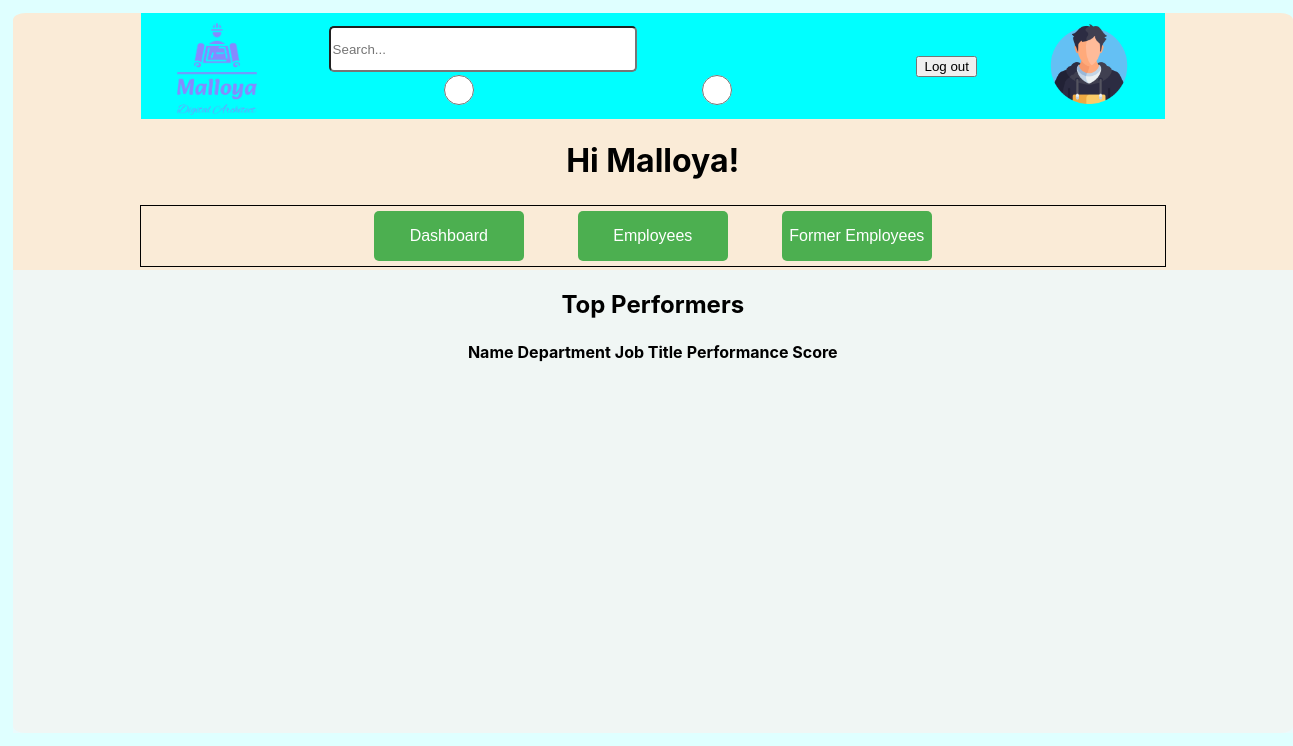
Repository: SbuKhoza/register
Page: /
The author's editor kept a copy of each file at every save. The page is drawn from the files as they stood at one save, then again after a run of saves.
The browser window is 1280 px wide. The page is 1293 px wide, so the pictures cover 1293 px, including what lies to the right of the window. The pictures show the whole page.
The project was rebuilt for these pictures with package versions that can differ from the ones it lists, and the page was loaded fresh each time.

Above is the page before, as saved 2024-07-18 12:24:13.

After the next 2 saves:
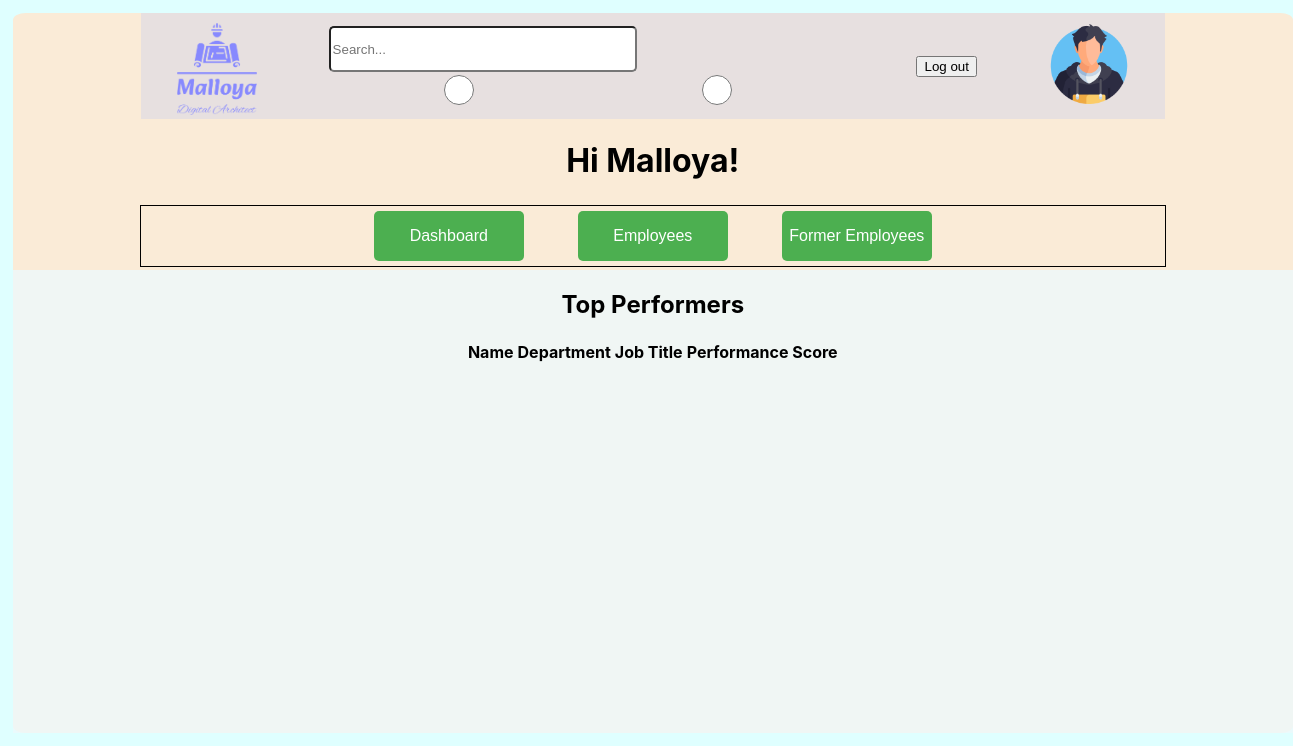
The 2 saves are shown as one change because they came seconds apart.
The last was saved 34 s later.
--- a/src/Home.css
+++ b/src/Home.css
@@ -23,7 +23,6 @@
 
 
 nav {
-    background-color: aqua;
     width: 80%;
     grid-area: nav;
     display: flex;
